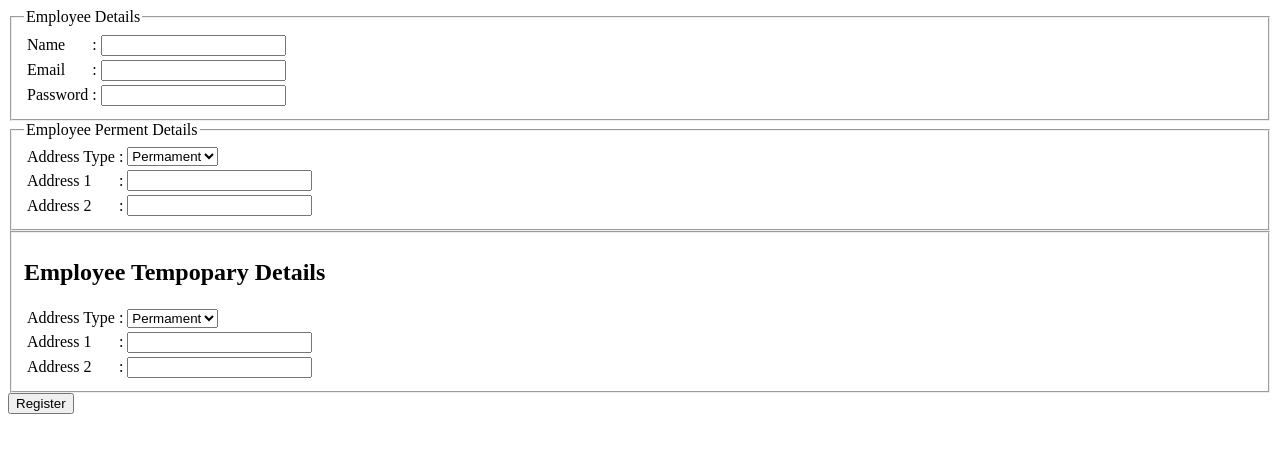
Repository: ramanagouda1001/TY_CG_HTD_BangaloreNovember_JFS_RamanagoudaB
Page: http://localhost/empspringmvc/WEB-INF/view/register.jsp
These files come from the project's save history. The page is drawn as it stood at one moment and after the next save; the edit follows.
The browser window is 1280 px wide. The pictures show the whole page.
The page is served by Tomcat 9. Nobody is signed in. The template is opened directly, without the code that normally fills it, so the values that code supplies are empty.

Above is the page before, as saved 2019-12-24 05:38:15.

After the next save:
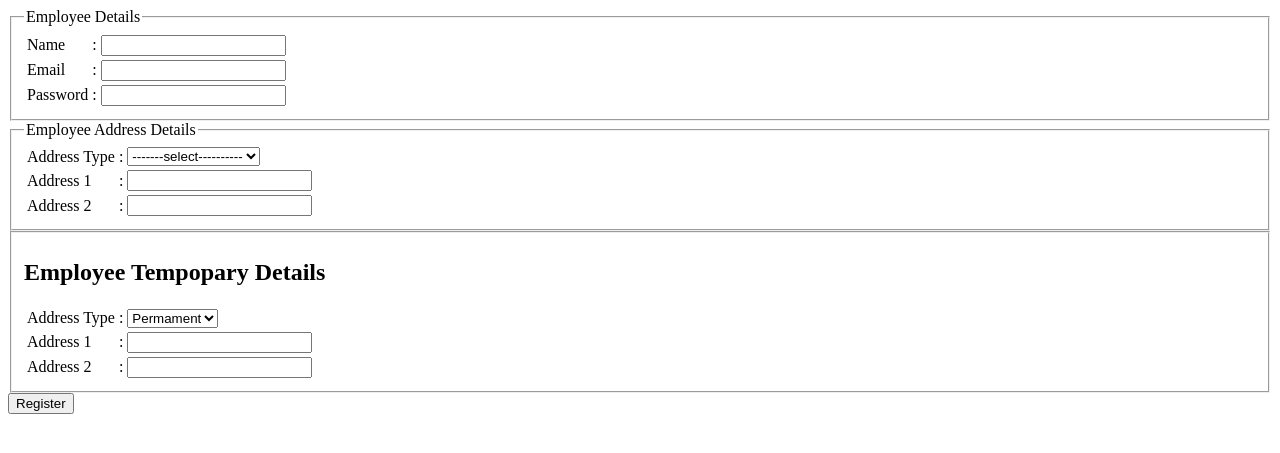
Saved 2 min 3 s later.
--- a/BackEnd/SpringMVC/empspringmvc/src/main/webapp/WEB-INF/view/register.jsp
+++ b/BackEnd/SpringMVC/empspringmvc/src/main/webapp/WEB-INF/view/register.jsp
@@ -30,15 +30,15 @@
 		</table>
 	</fieldset>
 	<fieldset>
-		<legend>Employee Perment Details</legend>
-
+		<legend>Employee Address Details</legend>
 			<table>
 			<tr>
 				<td>Address Type</td>
 				<td>:</td>
-				<td><select name="home">
-   					 <option value="Permament">Permament</option>
-   					 <option value="Tempapory">Tempapory</option>
+				<td><select name="addType">
+					<option>-------select----------</option>
+   					 <option>Permament</option>
+   					 <option>Tempapory</option>
     			  </select>
 				</td>
 			</tr>
